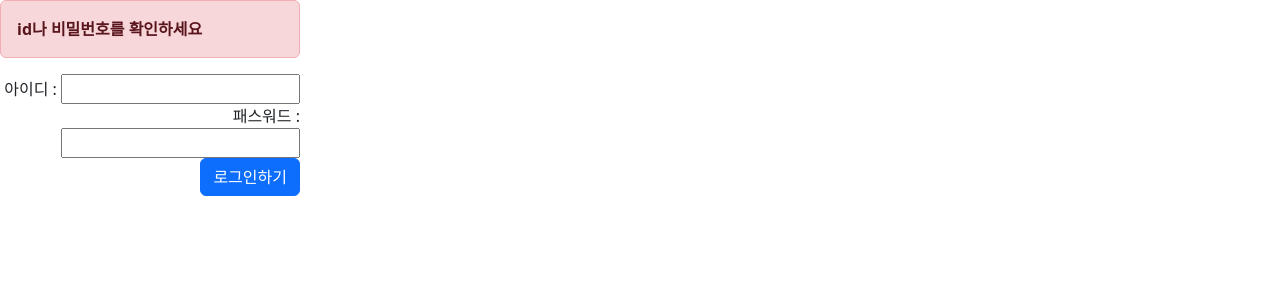
Repository: cheez0909/JSP
Page: http://localhost/1103/session/LoginProcess.jsp
The author's editor kept a copy of each file at every save. The page is drawn from the files as they stood at one save, then again after a run of saves.
The browser window is 1280 px wide. The pictures show the whole page.
The page is served by Tomcat 9. Queries for data that is not in the repository find no rows.

Above is the page before, as saved 2023-11-08 06:07:35.

After the next 3 saves:
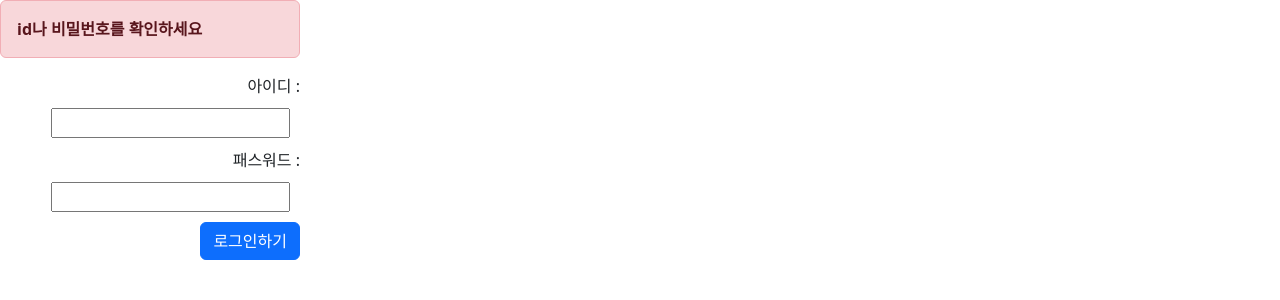
The 3 saves are shown as one change because they came seconds apart.
The last was saved 116 s later.
--- a/1103/src/main/webapp/session/loginForm.jsp
+++ b/1103/src/main/webapp/session/loginForm.jsp
@@ -20,6 +20,9 @@ width : 300px;
 height: 450px;
 }
 
+input {
+margin : 10px;
+}
 </style>
 <body>
 
